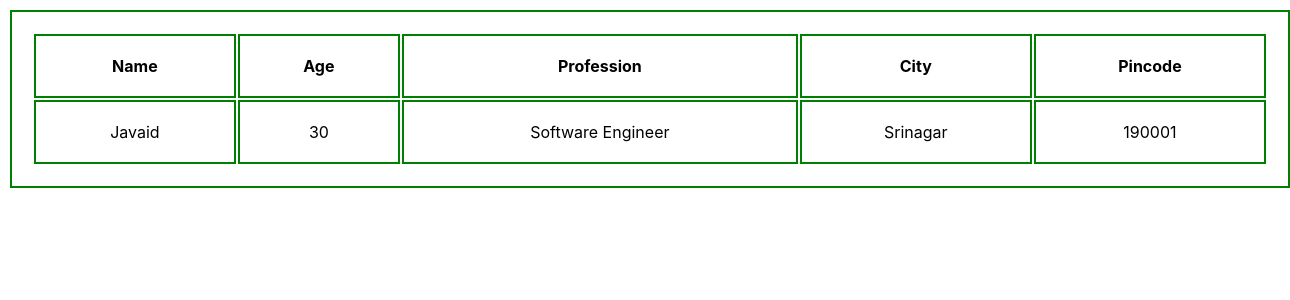
Repository: JavaidAhmadKhan/framer-motion-reacr
Page: /
These files come from the project's save history. The page is drawn as it stood at one moment and after a run of saves; the edit follows.
The browser window is 1280 px wide. The page is 1290 px wide, then 1280 px, so the pictures cover 1290 px, including what lies to the right of the window. The pictures show the whole page.
The project was rebuilt for these pictures with package versions that can differ from the ones it lists, and the page was loaded fresh each time.

Above is the page before, as saved 2022-05-19 17:49:40.

### src/App.js
import { Component } from "react";

import "./App.css";
class App extends Component {
  constructor() {
    console.log("constructor");
    super();
    console.log("super");
    this.state = {
      name: "Javaid",
      age: 30,
      profession: "Software Engineer",
      address: {
        city: "Srinagar",
        pincode: "190001",
      },
    };
  }

  render() {
    console.log("render");
    return (
      <div className="App">
        <table>
          <tr>
            <th>Name</th>
            <th>Age</th>
            <th>Profession</th>
            <th>City</th>
            <th>Pincode</th>
          </tr>
          <tr>
            <td>{this.state.name}</td>
            <td>{this.state.age}</td>
            <td>{this.state.profession}</td>
            <td>{this.state.address.city}</td>
            <td>{this.state.address.pincode}</td>
          </tr>
        </table>
      </div>
    );
  }
}

export default App;

### src/App.css
table {
  width: 100%;
  justify-content: center;
  align-items: center;
  text-align: center;
}

table,
th,
td {
  border: 2px solid green;
  padding: 20px;
  margin: 10px;
}

Loaded but not shown: public/index.html (common file); src/index.js (common file); src/index.css (common file); src/reportWebVitals.js (common file)

After the next 2 saves:
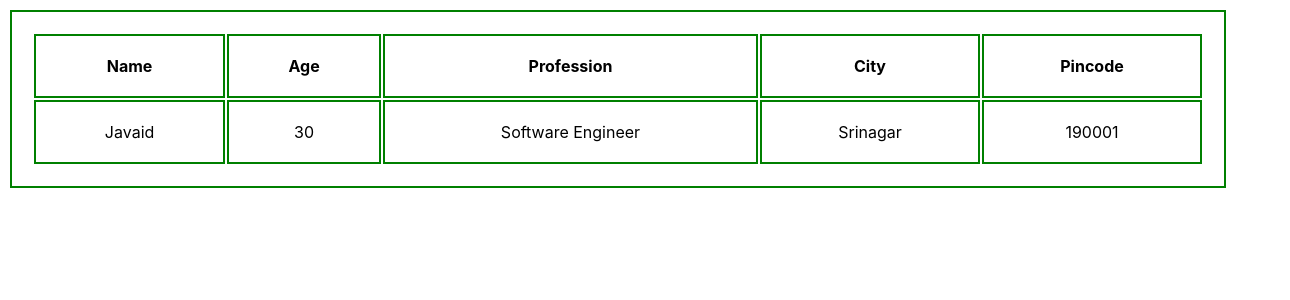
The 2 saves are shown as one change because they came seconds apart.
The last was saved 12 s later.
--- a/src/App.css
+++ b/src/App.css
@@ -1,5 +1,5 @@
 table {
-  width: 100%;
+  width: 95%;
   justify-content: center;
   align-items: center;
   text-align: center;
